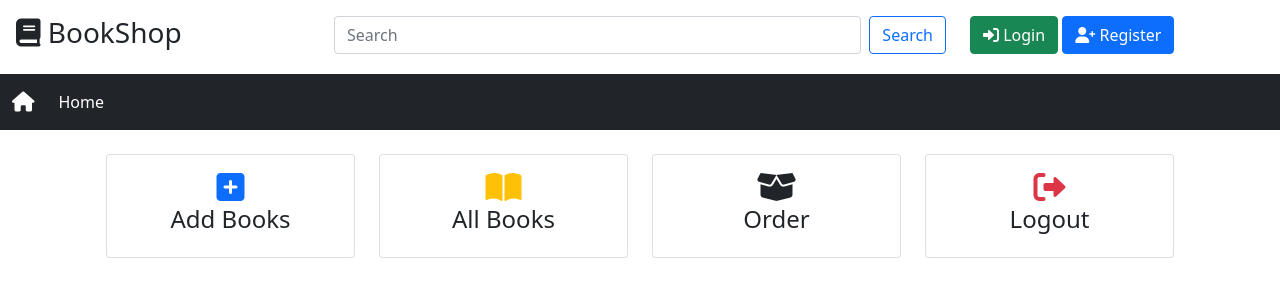
Repository: Abhishekverma23797/BookShopApp
Page: http://localhost/Ebook-App/Admin/home.jsp
These files come from the project's save history. The page is drawn as it stood at one moment and after the next save; the edit follows.
The browser window is 1280 px wide. The pictures show the whole page.
The page is served by Tomcat 9. Other server files are loaded and not shown.

Above is the page before, as saved 2021-12-09 08:53:12.

### Ebook-App/src/main/webapp/Admin/home.jsp
<%@ page language="java" contentType="text/html; charset=ISO-8859-1"
	pageEncoding="ISO-8859-1"%>
<%@ taglib prefix="c" uri="http://java.sun.com/jsp/jstl/core"%>
<%@page isELIgnored="false"%>
<!DOCTYPE html>
<html>
<head>
<meta charset="ISO-8859-1">
<title>Admin</title>
<%@include file="AllCss.jsp"%>
</head>
<body>
	<%@include file="navbar.jsp"%>

	<div class="container">

		<div class="row p-4">

			<div class="col-md-3">
				<!-- Add Books -->
				<a>
					<div class="card">
						<div class="card-body text-center">
							<i class="fas fa-plus-square fa-2x text-primary"></i><br>
							<h4>Add Books</h4>
						</div>
				 </a>
			</div>

		</div>

		<div class="col-md-3">
			<!-- All Books -->
			<div class="card">
				<div class="card-body text-center">
					<i class="fas fa-book-open fa-2x text-warning"></i>
					<h4>All Books</h4>
				</div>
			</div>

		</div>

		<div class="col-md-3">
			<!-- Order book -->
			<div class="card">
				<div class="card-body text-center">
					<i class="fas fa-box-open fa-2x"></i>
					<h4>Order</h4>
				</div>
			</div>

		</div>

		<div class="col-md-3">
			<!--Log Out -->
			<div class="card">
				<div class="card-body text-center">
					<i class="fas fa-sign-out-alt fa-2x text-danger"></i>
					<h4>Logout</h4>
				</div>
			</div>

		</div>
	</div>

	</div>

</body>
</html>

### Ebook-App/src/main/webapp/Admin/AllCss.jsp
<!-- CSS only -->
<link
	href="https://cdn.jsdelivr.net/npm/bootstrap@5.1.3/dist/css/bootstrap.min.css"
	rel="stylesheet"
	integrity="sha384-1BmE4kWBq78iYhFldvKuhfTAU6auU8tT94WrHftjDbrCEXSU1oBoqyl2QvZ6jIW3"
	crossorigin="anonymous">


<!-- JavaScript Bundle with Popper -->
<script
	src="https://cdn.jsdelivr.net/npm/bootstrap@5.1.3/dist/js/bootstrap.bundle.min.js"
	integrity="sha384-ka7Sk0Gln4gmtz2MlQnikT1wXgYsOg+OMhuP+IlRH9sENBO0LRn5q+8nbTov4+1p"
	crossorigin="anonymous"></script>


<link rel="stylesheet"
	href="https://cdnjs.cloudflare.com/ajax/libs/font-awesome/6.0.0-beta3/css/all.min.css"
	integrity="sha512-Fo3rlrZj/k7ujTnHg4CGR2D7kSs0v4LLanw2qksYuRlEzO+tcaEPQogQ0KaoGN26/zrn20ImR1DfuLWnOo7aBA=="
	crossorigin="anonymous" referrerpolicy="no-referrer" />

<link rel="stylesheet" href="style.css">

### Ebook-App/src/main/webapp/Admin/navbar.jsp

<div class="container-fluid p-3">


	<div class="row">

		<div class="col-md-3">

			<h3>

				<i class="fas fa-book"></i> BookShop
			</h3>
		</div>

		<div class="col-md-6">
			<form class="d-flex">
				<input class="form-control me-2 my-lg-0" type="search"
					placeholder="Search" aria-label="Search">
				<button class="btn btn-outline-primary" type="submit">Search</button>
			</form>
		</div>

		<div class="col-md-3">

			<a href="Login.jsp" class="btn btn-success "><i
				class="fas fa-sign-in-alt"></i> Login</a> <a href="Register.jsp"
				class="btn btn-primary"><i class="fas fa-user-plus"></i>
				Register</a>

		</div>

	</div>

</div>
<nav class="navbar navbar-expand-lg navbar-dark bg-dark bg-custom">
	<div class="container-fluid">
		<a class="navbar-brand" href="#"><i class="fas fa-home"></i></a>
		<button class="navbar-toggler" type="button" data-bs-toggle="collapse"
			data-bs-target="#navbarSupportedContent"
			aria-controls="navbarSupportedContent" aria-expanded="false"
			aria-label="Toggle navigation">
			<span class="navbar-toggler-icon"></span>
		</button>
		<div class="collapse navbar-collapse" id="navbarSupportedContent">
			<ul class="navbar-nav me-auto mb-2 mb-lg-0">
				<li class="nav-item"><a class="nav-link active"
					aria-current="page" href="#"> Home</a></li>

				</form>
		</div>
	</div>
</nav>

### Ebook-App/src/main/webapp/Admin/style.css

.bg-custom{

	background-color: #303f9f;
}

.navbar .nav-item:hover  {

	background-color: black;
	color: blue;
	border-radius: 20px

}

After the next save:
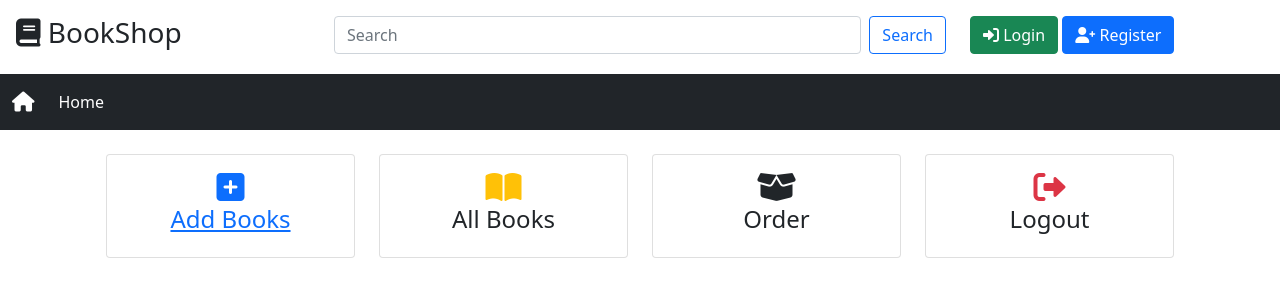
Saved 47 s later.
--- a/Ebook-App/src/main/webapp/Admin/home.jsp
+++ b/Ebook-App/src/main/webapp/Admin/home.jsp
@@ -18,7 +18,7 @@
 
 			<div class="col-md-3">
 				<!-- Add Books -->
-				<a>
+				<a href="add_books.jsp">
 					<div class="card">
 						<div class="card-body text-center">
 							<i class="fas fa-plus-square fa-2x text-primary"></i><br>
